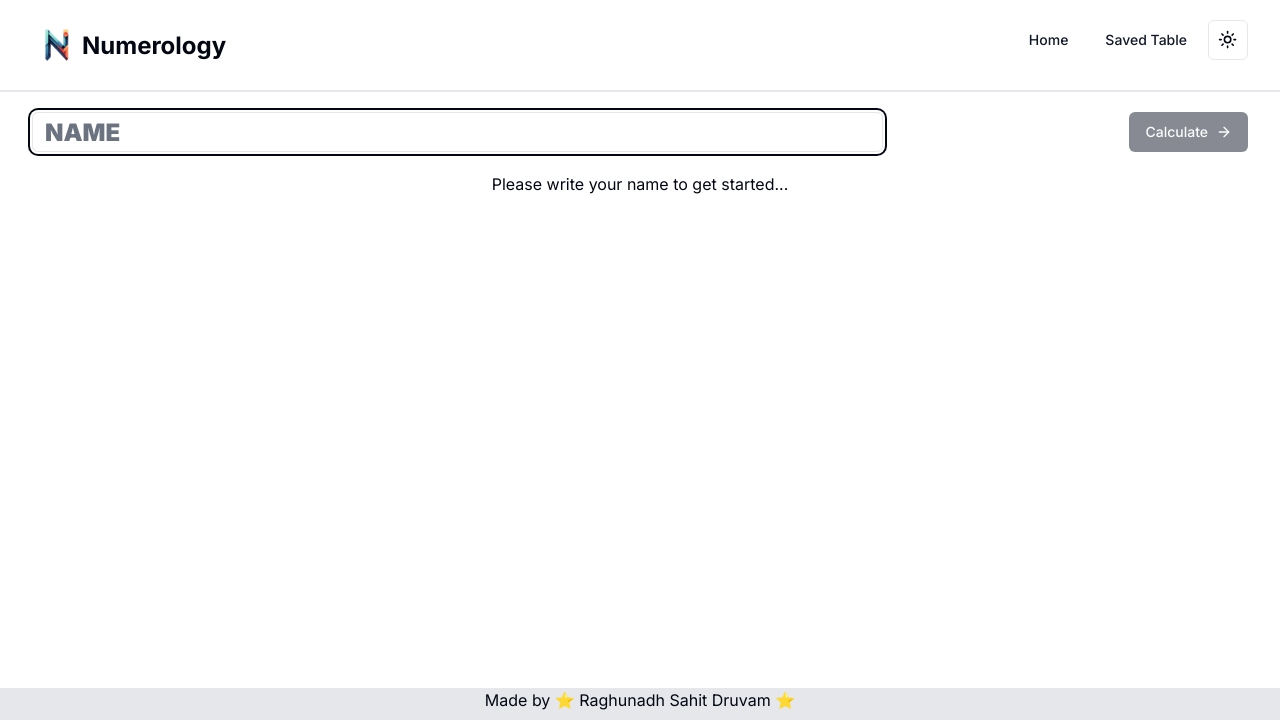
Repository: RaghunadhSahitDruvam/mynumerology
Page: /
An editor plug-in stored every save of this project. The page is shown before and after the next save, followed by the edit.
The browser window is 1280 px wide. The pictures show the whole page.
The project was rebuilt for these pictures with package versions that can differ from the ones it lists, and the page was loaded fresh each time. The framework's server and built-in components were replaced by stand-ins that run in the browser. Also part of the build but not shown: next.config.js, components/ui/alert-dialog.tsx.

Above is the page before, as saved 2023-12-21 17:03:30.

After the next save:
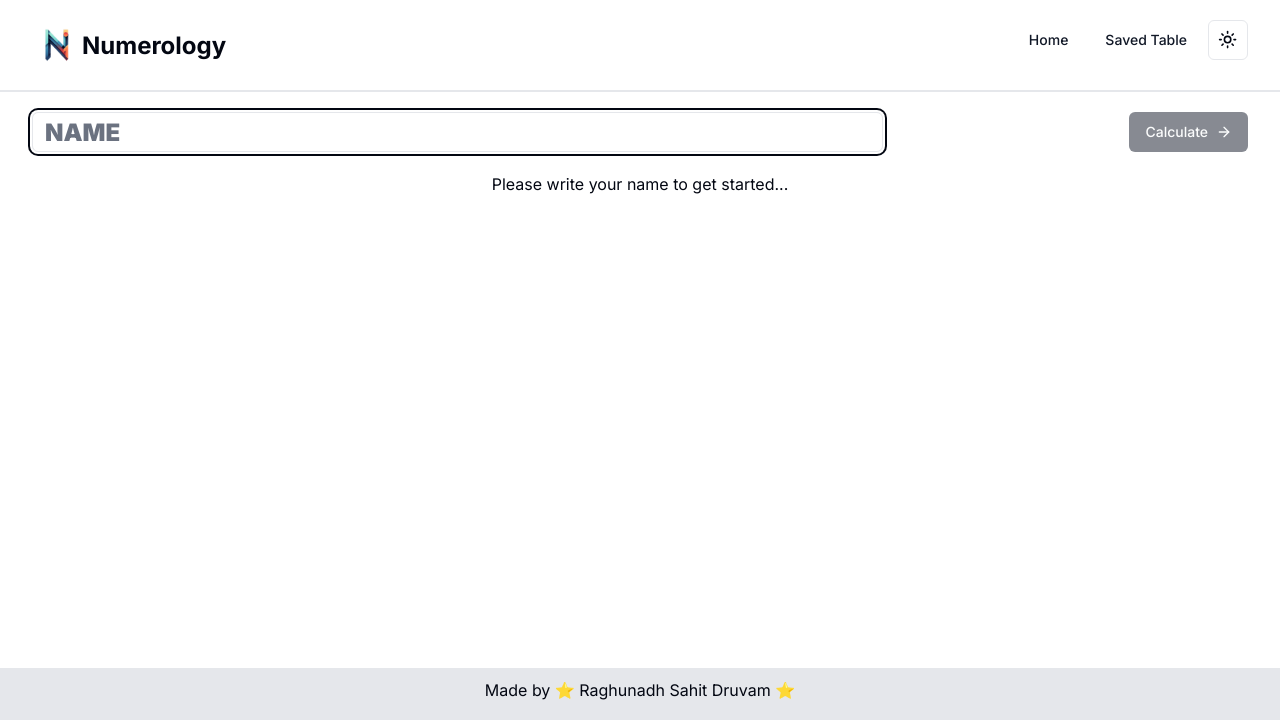
Saved 12 s later.
--- a/components/footer.tsx
+++ b/components/footer.tsx
@@ -3,7 +3,7 @@ import { Facebook, Instagram, Linkedin, Twitter } from "lucide-react";
 
 export default function Footer() {
   return (
-    <footer className="bg-gray-200 bottom-0 fixed w-full">
+    <footer className="bg-gray-200 bottom-0 fixed w-full p-[10px]">
       <div className="pb-2">
         <p className="text-center">Made by ⭐ Raghunadh Sahit Druvam ⭐</p>
       </div>
